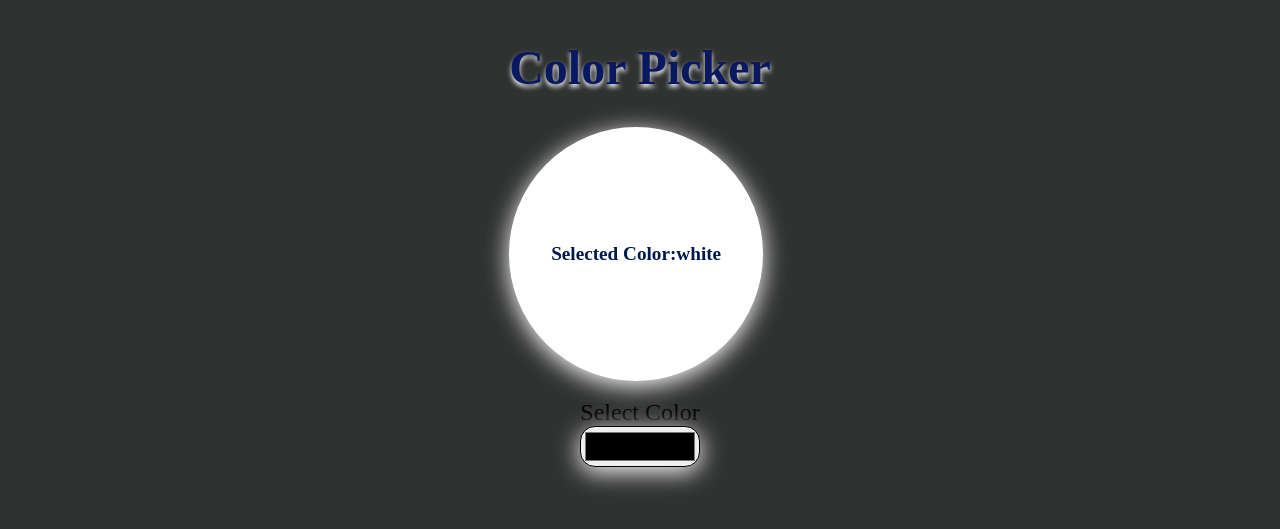
Repository: rkrukshan/Color-Picker--React-
Page: /
The author's editor kept a copy of each file at every save. The page is drawn from the files as they stood at one save, then again after the next save.
The browser window is 1280 px wide. The pictures show the whole page.
The project was rebuilt for these pictures with package versions that can differ from the ones it lists, and the page was loaded fresh each time. Also part of the build but not shown: vite.config.js.

Above is the page before, as saved 2024-07-21 19:15:06.

### src/App.jsx
import ColorPicker from "./ColorPicker"

function App() {

  return (
    <>
    <ColorPicker/>
    </>
  )

}

export default App

### src/index.css
body{
  background-color:rgb(48, 49, 49);
}
.cp-container {
  text-align: center;
  display: grid;
  align-items:center;
  justify-content: center;
}
.heading {
  color: rgb(10, 25, 95);
  font-size: 3em;
  text-shadow: 0px 3px 5px white;
}
.color-pad {
  height: 250px;
  width: 250px;
  border:2px solid rgb(255, 255, 255);
  border-radius: 50%;
  box-shadow:0px 5px 25px rgb(255, 255, 255);
  transition: .25s;
  display: flex;
  align-items:center;
  justify-content: center;
}
.selectedlabel
{
  font-size: larger;
  font-weight: bolder;
  color:rgb(1, 24, 81);
}
.selectlabel{
font-size: 1.5em;
}
.colorpicker{
  width: 9em;
  height: 41px;
  border-radius:15px;
  box-shadow:0px 5px 25px rgb(255, 255, 255);
  transition: 11s;
}

### src/ColorPicker.jsx
import { useState } from "react";

function ColorPicker() {
  const [color, setColor] = useState("white");

  function updateColor(event) {
    setColor(event.target.value);
  }
  return (
    <div className="cp-container">
      <h1 className="heading">Color Picker</h1>
      <div className="color-pad" style={{ backgroundColor: color }}>
        <p htmlFor="cp" className="selectedlabel">
          Selected Color:{color}
        </p>
      </div>
      <br />
      <div className="btncp">
        <label htmlFor="scp" className="selectlabel">
          Select Color
        </label>
        <br />
        <input
          type="color"
          value={color}
          onChange={updateColor}
          className="colorpicker"
        />
      </div>
    </div>
  );
}
export default ColorPicker;

Loaded but not shown: index.html (common file); src/main.jsx (common file)

After the next save:
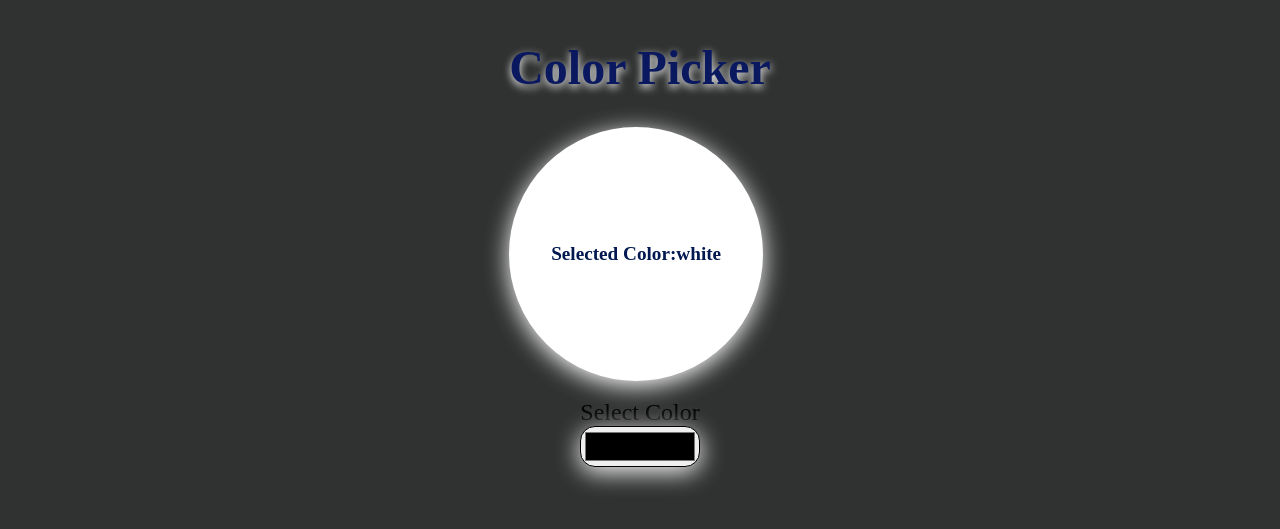
Saved 5 s later.
--- a/src/index.css
+++ b/src/index.css
@@ -10,7 +10,7 @@ body{
 .heading {
   color: rgb(10, 25, 95);
   font-size: 3em;
-  text-shadow: 0px 3px 5px white;
+  text-shadow: 0px 3px 9px white;
 }
 .color-pad {
   height: 250px;
